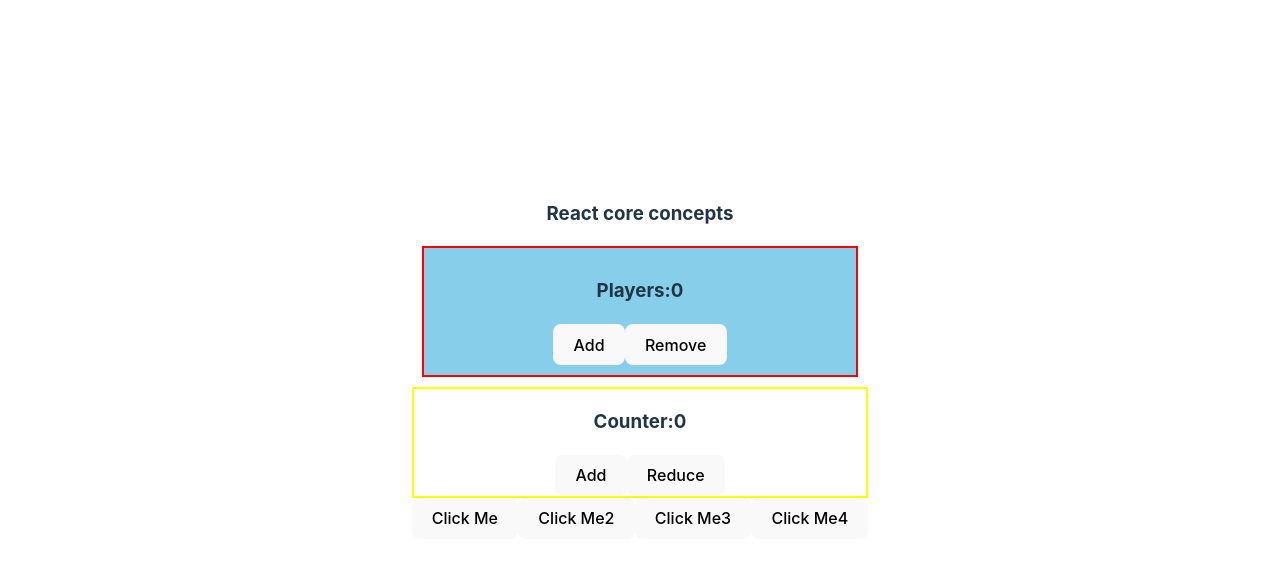
Repository: sumonkumarsarkar/my-project3-react
Page: /
The author's editor kept a copy of each file at every save. The page is drawn from the files as they stood at one save, then again after the next save.
The browser window is 1280 px wide. The pictures show the whole page.
The page's requests for data from a server got no answer. The project was rebuilt for these pictures with package versions that can differ from the ones it lists, and the page was loaded fresh each time. No one was signed in, and anything a server would have sent is missing. Also part of the build but not shown: vite.config.js.

Above is the page before, as saved 2024-03-10 22:57:07.

After the next save:
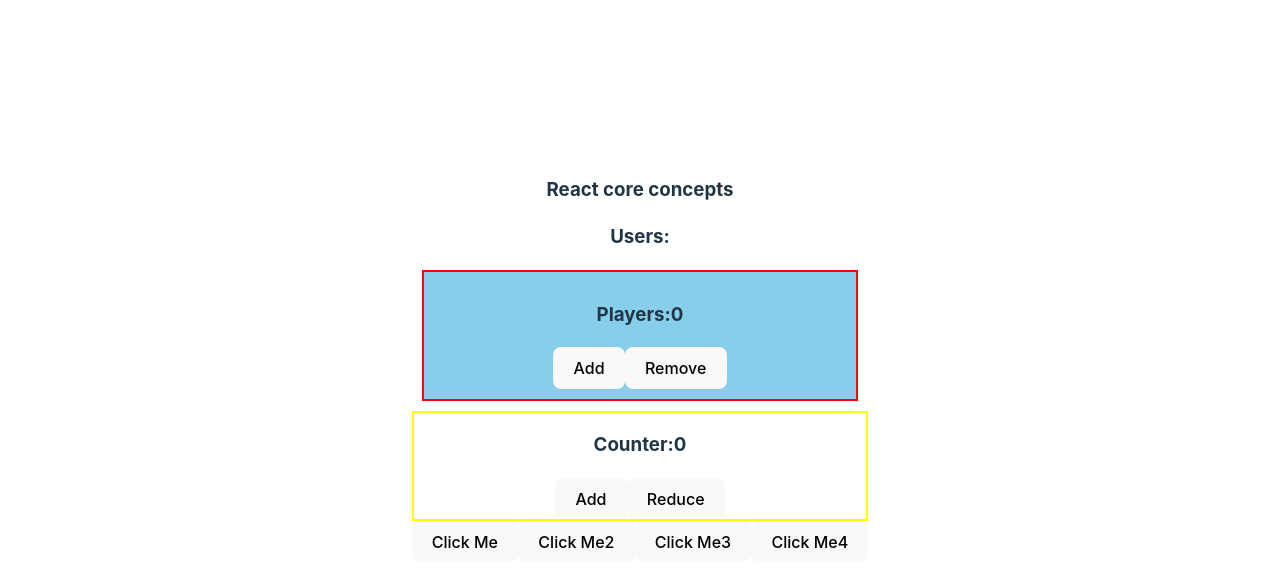
Saved 26 s later.
--- a/src/Users.jsx
+++ b/src/Users.jsx
@@ -9,7 +9,7 @@ export default function Users(){
     }, [])
     return(
         <div>
-
+    <h3>Users:{users}</h3>
         </div>
     )
 }
